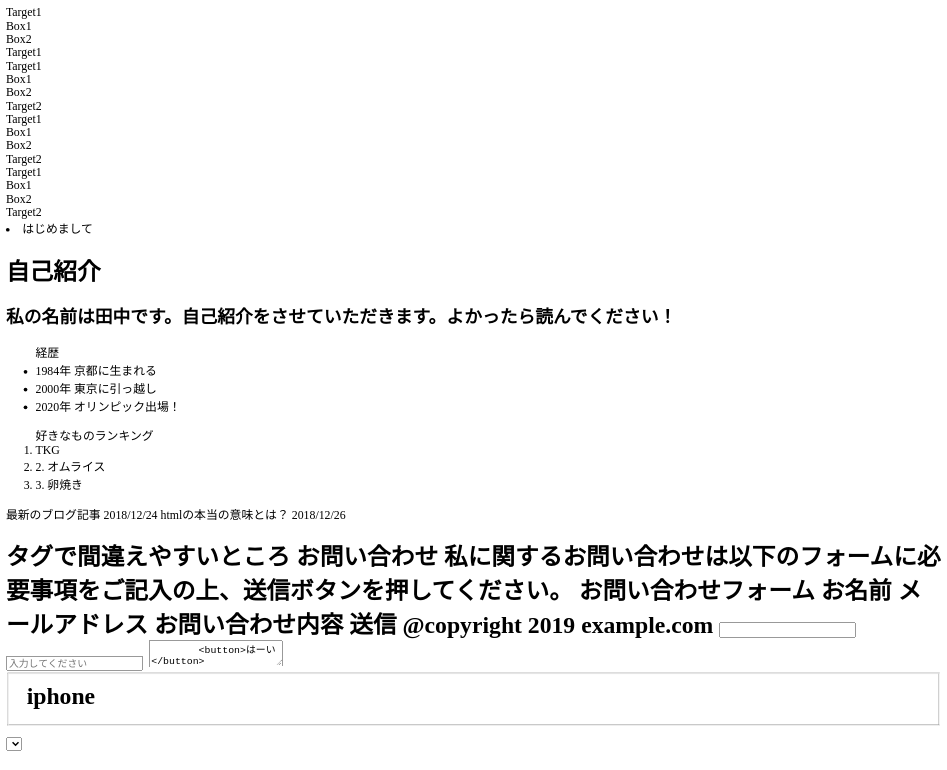
Repository: wairoku/suretigai1
Page: jack.html
An editor plug-in stored every save of this project. The page is shown before and after the next save, followed by the edit.
The browser window is 1280 px wide. The pictures show the whole page, at 74% of full size.

Above is the page before, as saved 2019-01-02 19:22:26.

### jack.html
<!DOCTYPE html>
<body>


    <div id="target1">Target1</div>
    <div class="box">Box1</div>
    <div class="box">Box2</div>
    <div id="target1">Target1</div>

    <div id="target1">Target1</div>
    <div class="box1">Box1</div>
    <div class="box2">Box2</div>
    <div id="target1">Target2</div>

    <div id="target1">Target1</div>
    <div class="box">Box1</div>
    <div class="box">Box2</div>
    <div id="target2">Target2</div>

    <div id="target">Target1</div>
    <div class="box">Box1</div>
    <div class="box">Box2</div>
    <div id="target">Target2</div>

    <li>
        <a>
            はじめまして
        </a>
    </li>


<h1>自己紹介</h1>
<h2>私の名前は田中です。自己紹介をさせていただきます。よかったら読んでください！</h2>

<ul>経歴
    <li>1984年 京都に生まれる</li>
    <li>2000年 東京に引っ越し</li>
    <li>2020年 オリンピック出場！</li>
</ul>

<ol>好きなものランキング
    <li>TKG</li>
    <li>2. オムライス</li>
    <li>3. 卵焼き</li>
</ol>




最新のブログ記事
2018/12/24 htmlの本当の意味とは？
2018/12/26 <h1>タグで間違えやすいところ

お問い合わせ
私に関するお問い合わせは以下のフォームに必要事項をご記入の上、送信ボタンを押してください。
お問い合わせフォーム
お名前
メールアドレス
お問い合わせ内容
送信

@copyright 2019 example.com



    <input type="password">
    <!--comment -->
    <input type="text" placeholder="入力してください">

    <textarea>
        <button>はーい</button>
    </textarea>



    <fieldset>iphone

    </fieldset>

    <select>

</body>

After the next save:
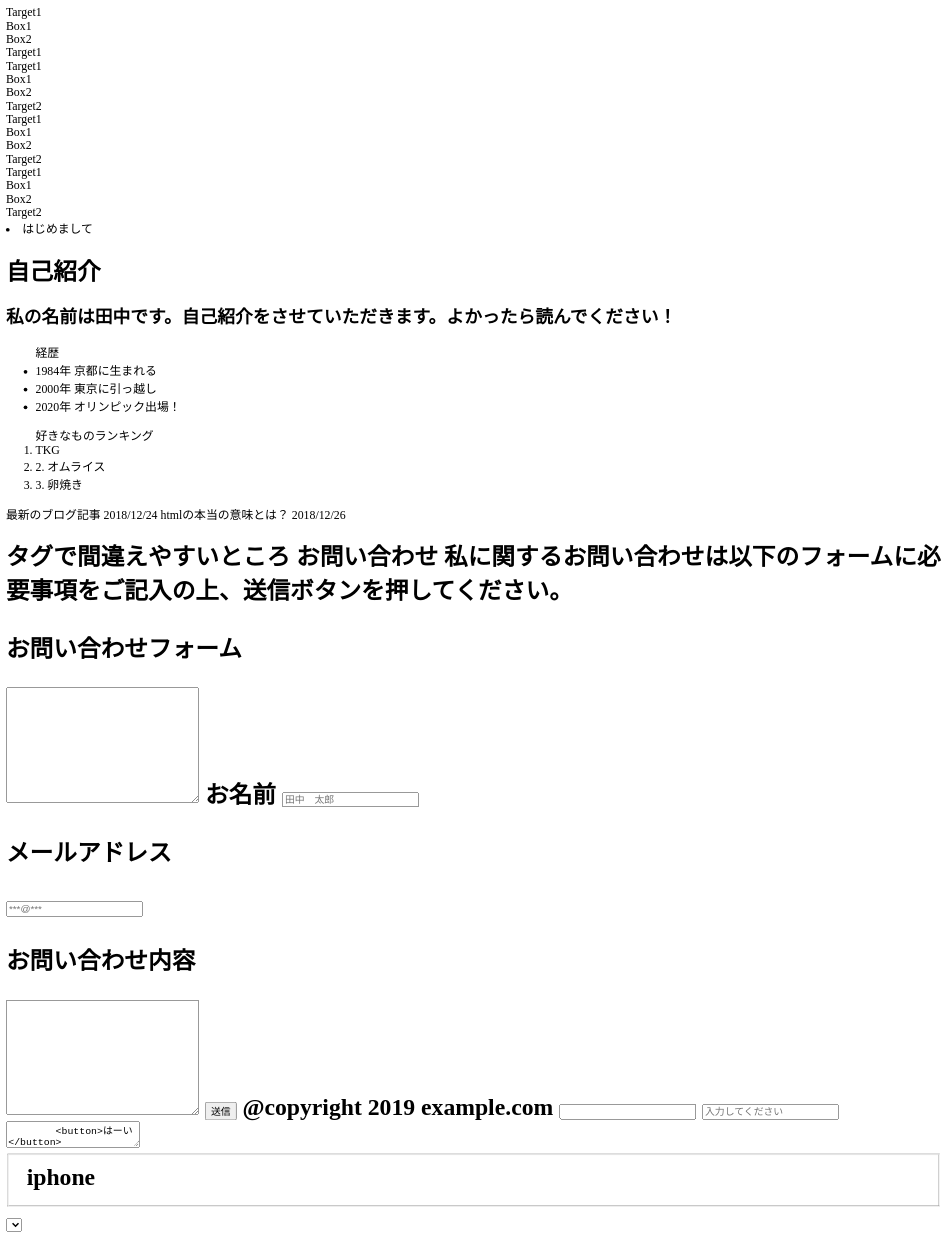
Saved 3 min 51 s later.
--- a/jack.html
+++ b/jack.html
@@ -53,11 +53,18 @@
 
 お問い合わせ
 私に関するお問い合わせは以下のフォームに必要事項をご記入の上、送信ボタンを押してください。
-お問い合わせフォーム
+<p>お問い合わせフォーム</p>
+<textarea name="" id="" cols="30" rows="10"></textarea>
+
 お名前
-メールアドレス
-お問い合わせ内容
-送信
+<input type="text" placeholder="田中　太郎">
+
+<p>メールアドレス</p>
+<input type="text" placeholder="***@***">
+
+<p>お問い合わせ内容</p>
+<textarea name="" id="" cols="30" rows="10"></textarea>
+<input type="button" value="送信">
 
 @copyright 2019 example.com
 
